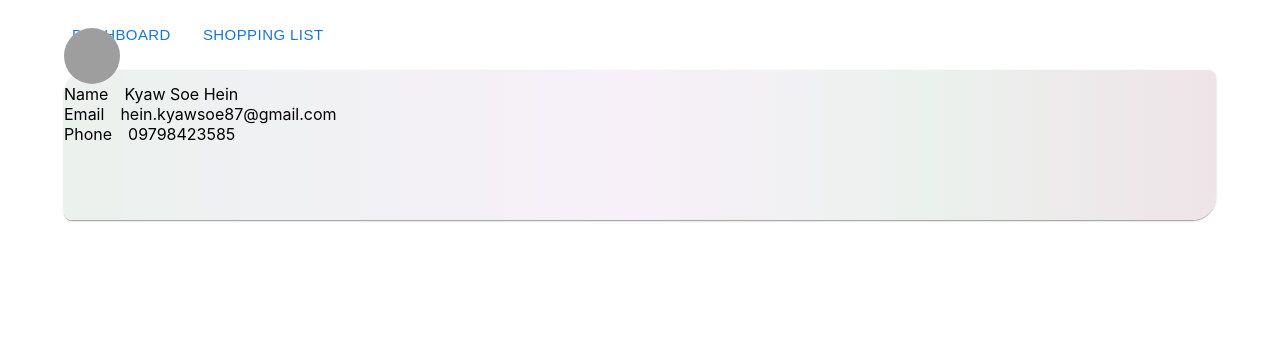
Repository: KyawSoeHein/GoogleAuthReact
Page: /
The author's editor kept a copy of each file at every save. The page is drawn from the files as they stood at one save, then again after a run of saves.
The browser window is 1280 px wide. The pictures show the whole page.
Pictures or frames that could not be fetched are drawn as grey boxes. The project was rebuilt for these pictures with package versions that can differ from the ones it lists, and the page was loaded fresh each time. Also part of the build but not shown: src/App.css.

Above is the page before, as saved 2022-02-14 19:33:01.

### src/index.tsx
import React from "react";
import ReactDOM from "react-dom";
import "./index.css";
import App from "./App";
import Dashboard from "./View/Dashboard";
import reportWebVitals from "./reportWebVitals";

ReactDOM.render(
  <React.StrictMode>
    <Dashboard />
  </React.StrictMode>,
  document.getElementById("root")
);

// If you want to start measuring performance in your app, pass a function
// to log results (for example: reportWebVitals(console.log))
// or send to an analytics endpoint. Learn more: https://bit.ly/CRA-vitals
reportWebVitals();

### src/View/Dashboard.tsx
import React from "react";
import { Container, Grid, Stack } from "@mui/material";
import MenuSelection from "../Components/MenuSelection";
import CoverAndProfilePhoto from "../Components/CoverAndProfilePhoto";

const Dashboard = () => {
  return (
    <Grid>
      <Container>
        <div style={{ marginTop: 16 }}>
          <MenuSelection />
        </div>

        <div style={{ marginTop: 16 }}>
          <CoverAndProfilePhoto />
        </div>

        <Stack direction={"row"} spacing={2}>
          <div>Name</div>
          <div>Kyaw Soe Hein</div>
        </Stack>

        <Stack direction={"row"} spacing={2}>
          <div>Email</div>
          <div>hein.kyawsoe87@gmail.com</div>
        </Stack>

        <Stack direction={"row"} spacing={2}>
          <div>Phone</div>
          <div>09798423585</div>
        </Stack>
      </Container>
    </Grid>
  );
};

export default Dashboard;

### src/Components/MenuSelection.tsx
import React from "react";
import { Button, Stack } from "@mui/material";
import "../App.css";

const MenuSelection = () => {
  const buttonFontSize = 15;

  return (
    <Stack direction={"row"} spacing={2}>
      <Button sx={{ fontSize: buttonFontSize, fontFamily: "sans-serif" }}>
        Dashboard
      </Button>
      <Button sx={{ fontSize: buttonFontSize, fontFamily: "sans-serif" }}>
        Shopping List
      </Button>
    </Stack>
  );
};

export default MenuSelection;

### src/Components/CoverAndProfilePhoto.tsx
import React from "react";
import { Avatar, Button, Paper, Stack } from "@mui/material";
import "../App.css";

const CoverAndProfilePhoto = () => {
  return (
    <div>
      <Paper
        elevation={1}
        sx={{
          height: 150,
          borderTopRightRadius: 8,
          borderTopLeftRadius: 24,
          borderBottomLeftRadius: 8,
          borderBottomRightRadius: 24,
          background:
            "linear-gradient(to right, rgb(235,241,237), rgb(241,241,244), rgb(247,240,248), rgb(235,241,237), rgb(238,228,232))",
        }}
      ></Paper>

      <Avatar
        alt="Remy Sharp"
        src="/static/images/avatar/1.jpg"
        sx={{ width: 56, height: 56, marginTop: -24 }}
      />
    </div>
  );
};

export default CoverAndProfilePhoto;

Loaded but not shown: public/index.html (common file); src/index.css (common file); src/reportWebVitals.ts (common file)

After the next 3 saves:
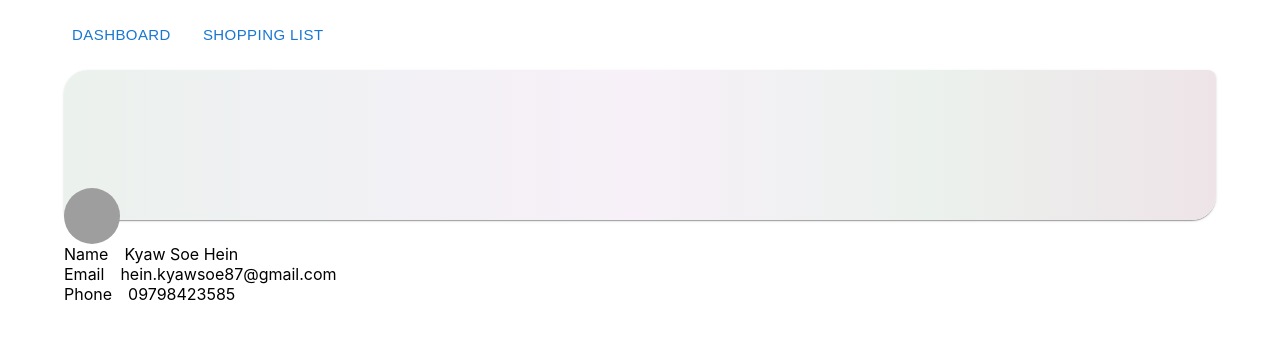
The 3 saves are shown as one change because they came seconds apart.
The last was saved 9 s later.
--- a/src/Components/CoverAndProfilePhoto.tsx
+++ b/src/Components/CoverAndProfilePhoto.tsx
@@ -21,7 +21,7 @@ const CoverAndProfilePhoto = () => {
       <Avatar
         alt="Remy Sharp"
         src="/static/images/avatar/1.jpg"
-        sx={{ width: 56, height: 56, marginTop: -24 }}
+        sx={{ width: 56, height: 56, marginTop: -4 }}
       />
     </div>
   );
